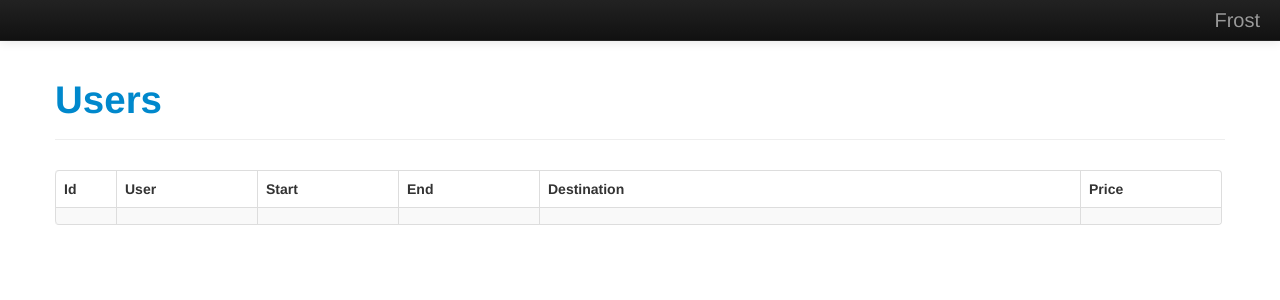
Repository: ingvildodegard/frost
Page: client/app/index.html
The author's editor kept a record of every edit. The page is drawn from the files as they stood at one moment, then again after the next edit.
The browser window is 1280 px wide. The pictures show the whole page.

Above is the page before.
Console error (its wording comes from the project's code and is left out).

After the next edit:
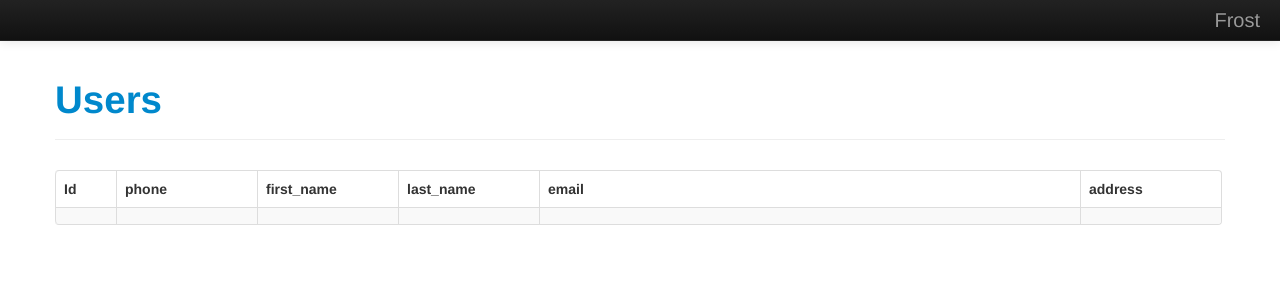
The edit:
--- a/client/app/index.html
+++ b/client/app/index.html
@@ -41,11 +41,11 @@
             <thead>
               <tr>
                 <th class="span1">Id</th>
-                <th class="span2">User</th>
-                <th class="span2">Start</th>
-                <th class="span2">End</th>
-                <th class="span7">Destination</th>
-                <th class="span2">Price</th>
+                <th class="span2">phone</th>
+                <th class="span2">first_name</th>
+                <th class="span2">last_name</th>
+                <th class="span7">email</th>
+                <th class="span2">address</th>
               </tr>
             </thead>
             <tbody>
